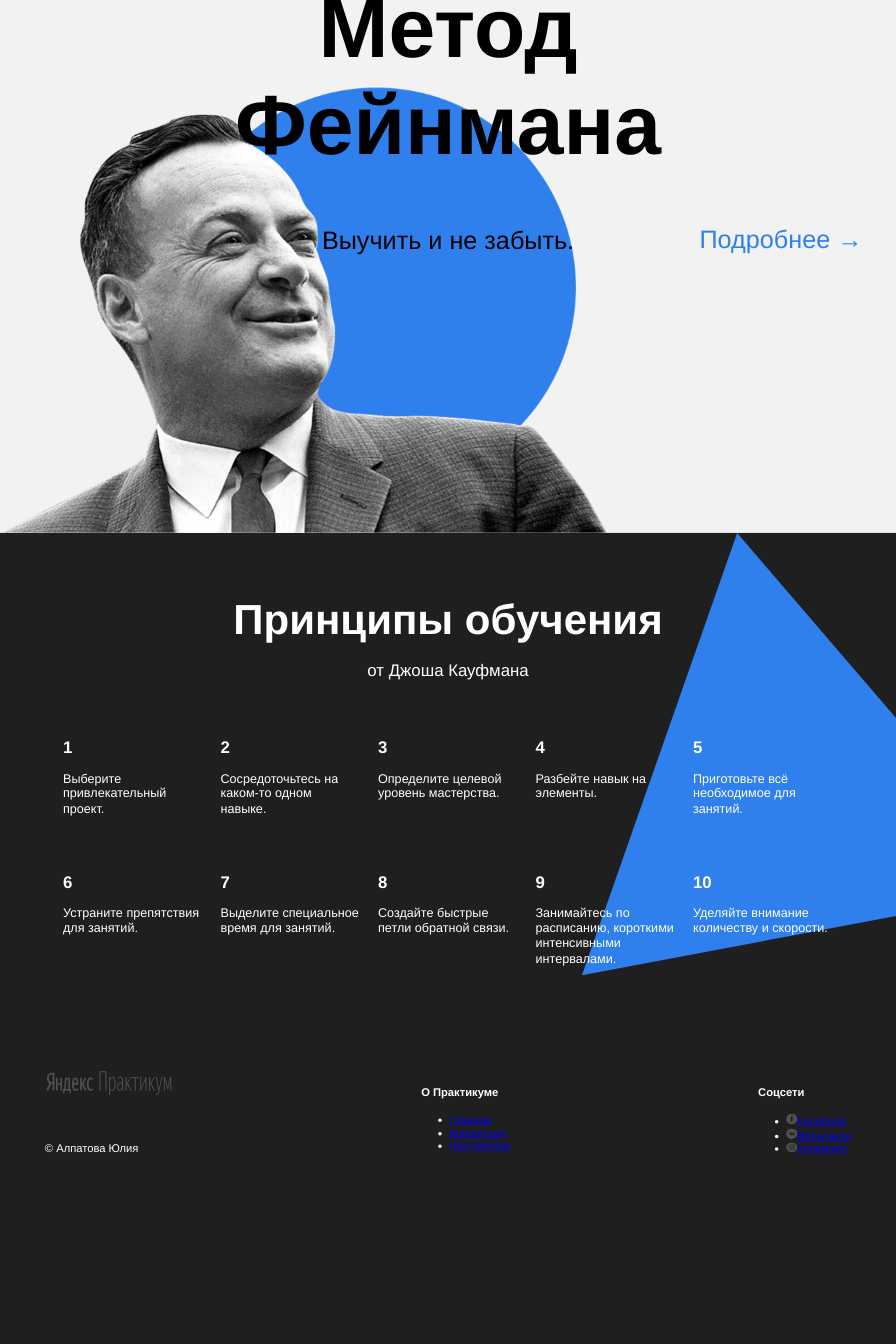
Repository: BlackMothy/how-to-learn
Page: index.html
The author's editor kept a copy of each file at every save. The page is drawn from the files as they stood at one save, then again after the next save.
The browser window is 1280 px wide. The pictures show the part of the page from y = 2100 to 4020 px (the page is 4020 px tall), at 70% of full size.

Above is the page before, as saved 2021-11-06 00:09:19.

After the next save:
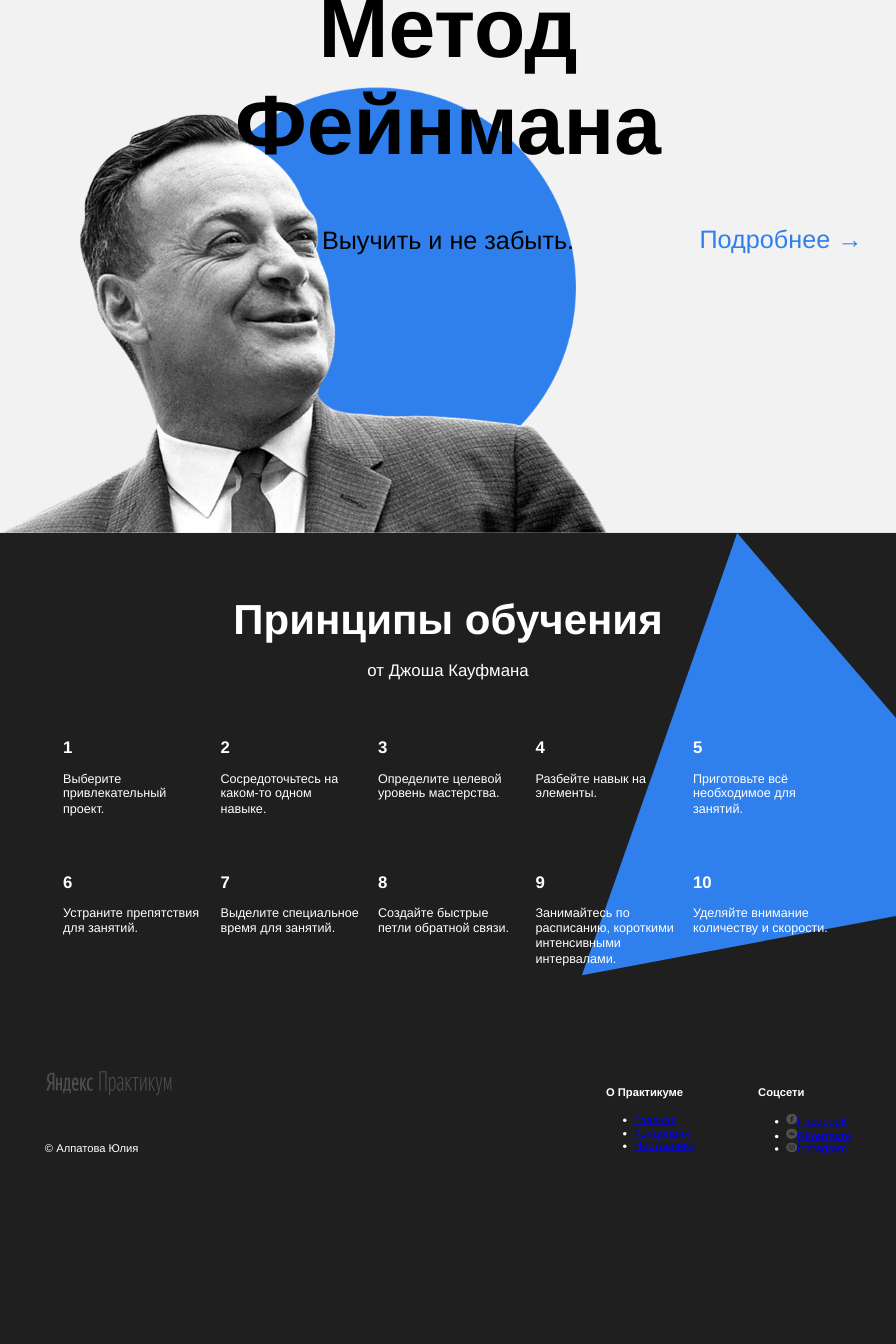
Saved 5 s later.
--- a/styles/style.css
+++ b/styles/style.css
@@ -276,7 +276,7 @@
   display: flex;
   flex-direction: column;
   justify-content: space-between;
-  flex-basis: ;
+  flex-basis: 711px;
 }
 
 .logo_place_footer {
